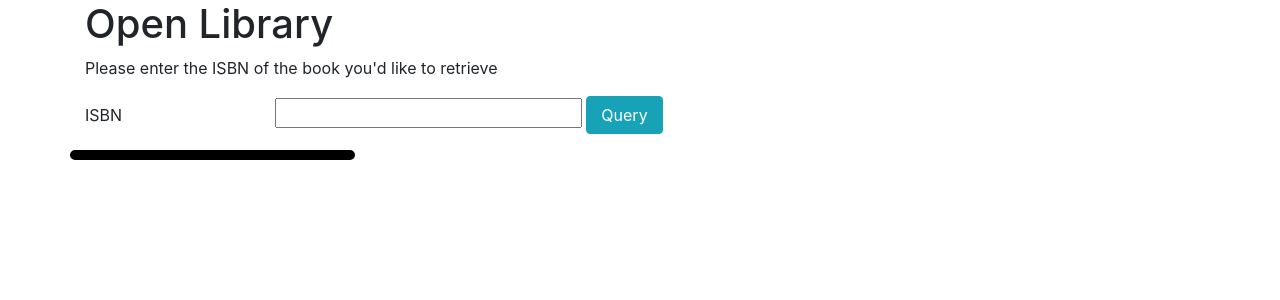
Repository: Voraphi/Jesus_Caballero-CST336-MIDTERM
Page: exams/midterm/index.html
The author's editor kept a record of every edit. The page is drawn from the files as they stood at one moment, then again after the next edit.
The browser window is 1280 px wide. The pictures show the whole page.

Above is the page before.

After the next edit:
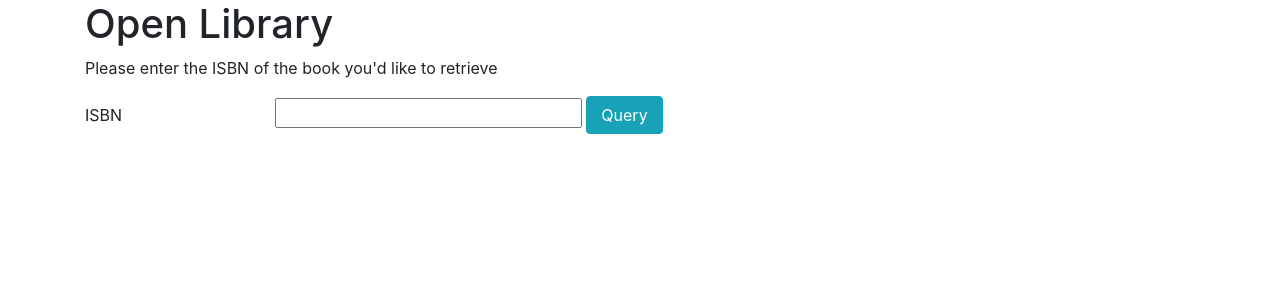
The edit:
--- a/exams/midterm/index.html
+++ b/exams/midterm/index.html
@@ -26,10 +26,7 @@
         </div>
 
         <div id="book">
-            <div class="form-group row">
-                <img src="" class="col-sm-3 cover">
-                <div class="col-sm-10">
-                </div>
+            <div class="form-group row book-info">
             </div>
         </div>
 
